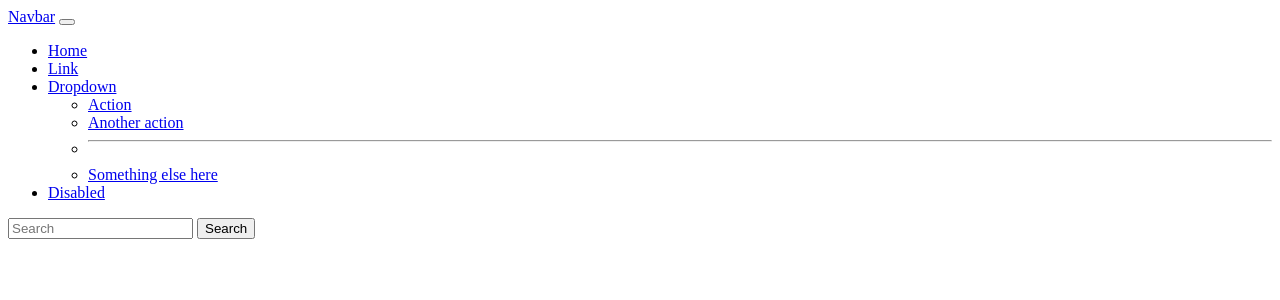
Repository: larwenIcode/Portfolio---OLD
Page: http://localhost/Common/navbar.php
An editor plug-in stored every save of this project. The page is shown before and after the next save, followed by the edit.
The browser window is 1280 px wide. The pictures show the whole page.
The page is run by PHP 8.4 with error messages shown; the project is at /var/www/html/.

Above is the page before, as saved 2021-02-23 10:47:58.

After the next save:
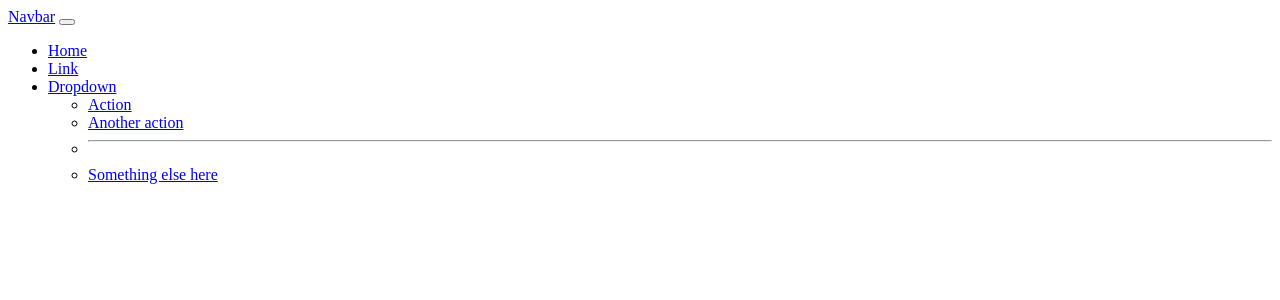
Saved 45 s later.
--- a/Common/navbar.php
+++ b/Common/navbar.php
@@ -23,14 +23,7 @@
                 <li><a class="dropdown-item" href="#">Something else here</a></li>
               </ul>
             </li>
-            <li class="nav-item">
-              <a class="nav-link disabled" href="#" tabindex="-1" aria-disabled="true">Disabled</a>
-            </li>
           </ul>
-          <form class="d-flex">
-            <input class="form-control me-2" type="search" placeholder="Search" aria-label="Search">
-            <button class="btn btn-outline-success" type="submit">Search</button>
-          </form>
         </div>
       </div>
 </nav>
